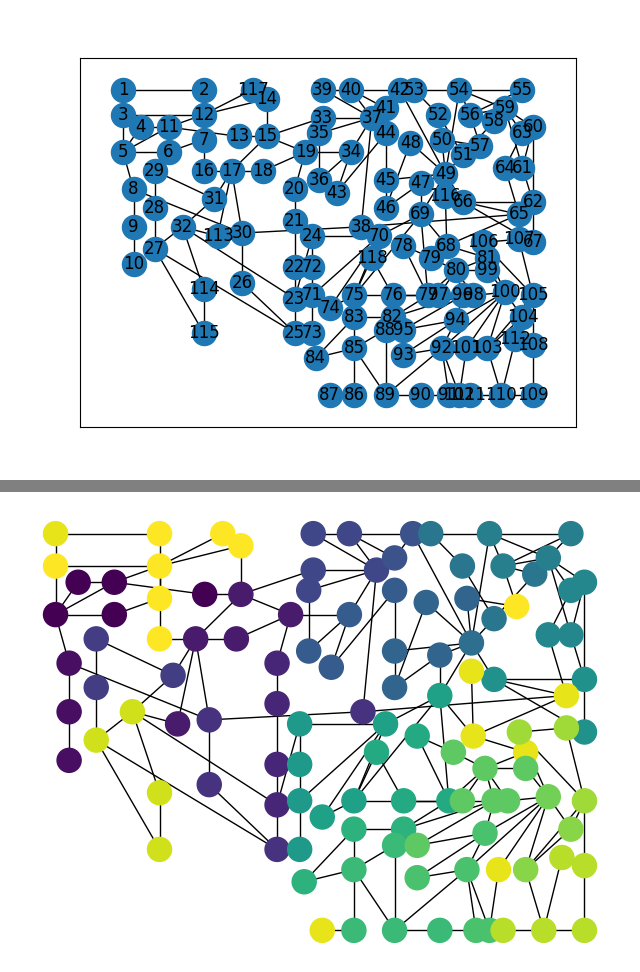
Repository: AyresNishio/Segmenta--o-118-barras
Script's output: python test_clustering.py
These files come from the project's save history. The script's output is drawn as it stood at one moment and after the next save; the edit follows.
Each picture stacks the figures in order, with grey between them; figures that are only written to a file come last. Random numbers start from a fixed seed.

Above is the script's output before, as saved 2021-09-20 23:10:01.

After the next save:
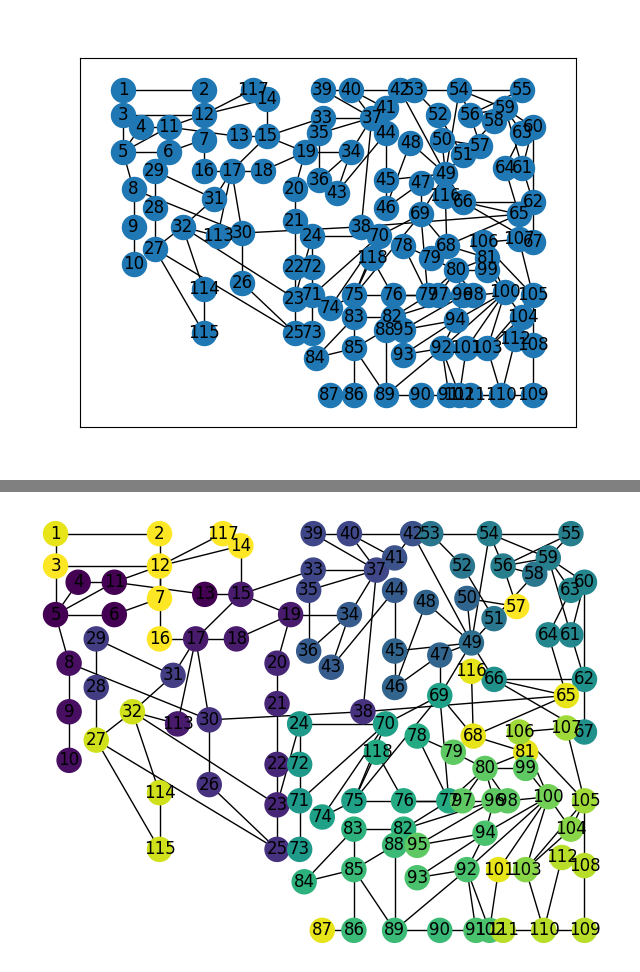
Saved 45 s later.
--- a/test_clustering.py
+++ b/test_clustering.py
@@ -203,5 +203,5 @@ print("Models Fitted")
 
 
 #Affinity
-nx.draw(G, coord, node_color=list(algorithms['affinity'].labels_))
+nx.draw(G,coord,with_labels = True, node_color=list(algorithms['affinity'].labels_))
 plt.show()
